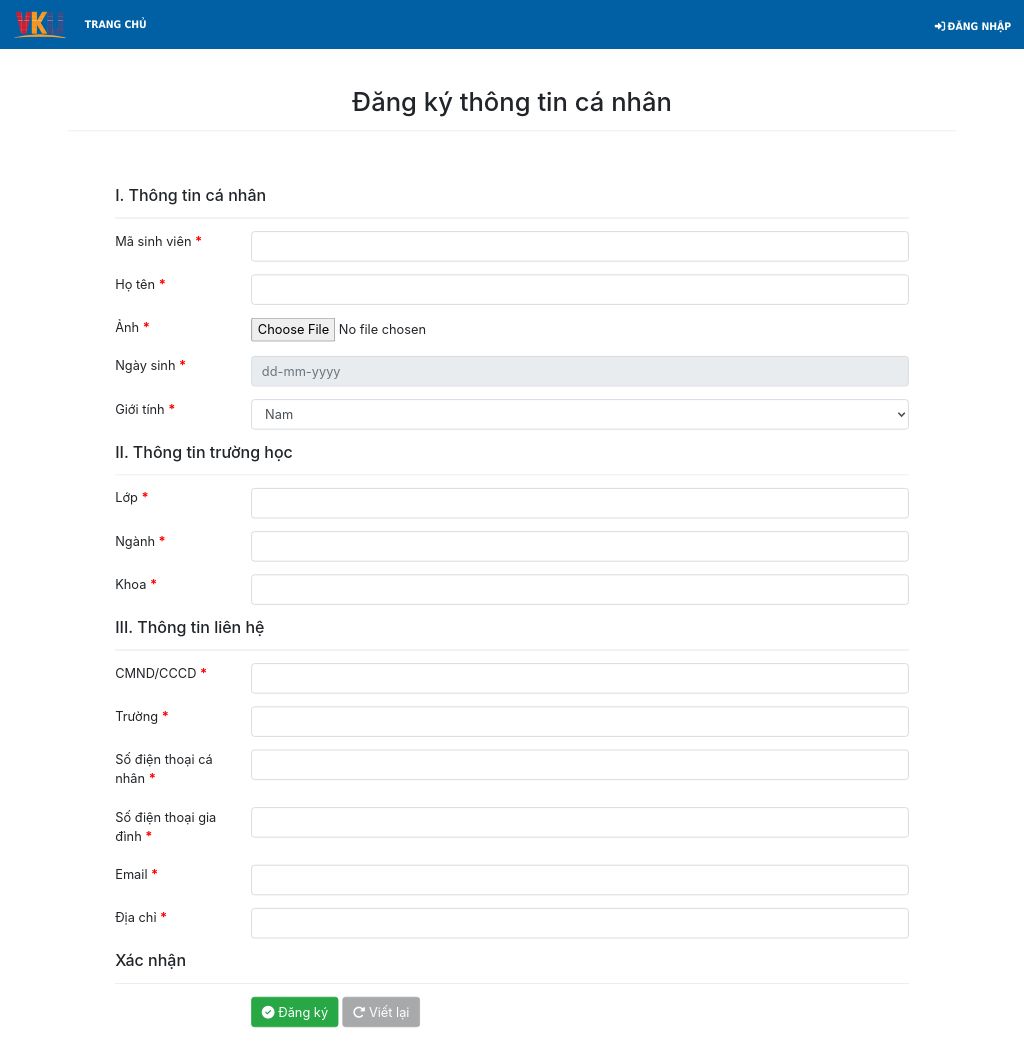
Repository: nguyenmanhtruongdat/javaServletFinalEx
Page: http://localhost/test/register-infor-student.jsp
An editor plug-in stored every save of this project. The page is shown before and after the next save, followed by the edit.
The browser window is 1280 px wide. The pictures show the whole page, at 80% of full size.
Some web libraries are served in a nearby version. The page is served by Tomcat 9. Other server files are loaded and not shown.

Above is the page before, as saved 2022-07-06 14:17:23.

### vku/ktx/test/src/main/webapp/register-infor-student.jsp
<%@ page language="java" contentType="text/html; charset=UTF-8"
	pageEncoding="UTF-8"%>
<%@ taglib prefix="c" uri="http://java.sun.com/jsp/jstl/core"%>
<%@ page contentType="text/html; charset=UTF-8"%>
<!DOCTYPE html>
<html>
<head>
<link rel="stylesheet"
	href="https://stackpath.bootstrapcdn.com/bootstrap/4.3.1/css/bootstrap.min.css" />
<link rel="stylesheet"
	href="https://cdnjs.cloudflare.com/ajax/libs/font-awesome/6.1.1/css/all.min.css" />
<link rel="icon" type="image/x-icon" href="./favicons/favicon.ico">
<link rel="./faviconsapple-touch-icon" sizes="180x180"
	href="./favicons/apple-touch-icon.png">
<link rel="icon" type="image/png" sizes="32x32"
	href="./favicons/favicon-32x32.png">
<link rel="icon" type="image/png" sizes="16x16"
	href="./favicons/favicon-16x16.png">
<link rel="stylesheet" href="css/style.css" />
<title>Đăng ký thông tin cá nhân</title>
<link rel="stylesheet"
	href="https://code.jquery.com/ui/1.12.1/themes/base/jquery-ui.css" />
<style>
.btn-default {
	color: #ffffff;
	background-color: #a7a9aa;
	border-color: #a7a9aa;
}
</style>
<script src="https://code.jquery.com/jquery-1.12.4.js"></script>
<script src="https://code.jquery.com/ui/1.12.1/jquery-ui.js"></script>
<script>
      $(function () {
        $("#datepicker").datepicker({
          dateFormat: "dd/mm/yy",
        });
      });
    </script>
</head>
<body>
	<!-- nav starts  -->

	<nav class="navbar navbar-expand-lg navbar-light sticky-top"
		style="background-color: rgb(1, 95, 163)">
		<a class="navbar-brand" href="index.jsp"><img src="images/vku.png"
			alt="" width="66px" height="35px" /></a>
		<button class="navbar-toggler" type="button" data-toggle="collapse"
			data-target="#navbarColor03" aria-controls="navbarColor03"
			aria-expanded="false" aria-label="Toggle navigation">
			<span class="navbar-toggler-icon"></span>
		</button>

		<div class="collapse navbar-collapse" id="navbarColor03">
			<ul class="navbar-nav mr-auto">
				<li class="nav-item"><a class="nav-link" href="index.jsp">Trang
						chủ</a></li>
				<c:if test="${sessionScope.acc.isUser==1}">
					<li class="nav-item dropdown"><a
						class="nav-link dropdown-toggle" data-toggle="dropdown" href="#"
						role="button" aria-haspopup="true" aria-expanded="false">Đăng
							ký</a>
						<div class="dropdown-menu">
							<a class="dropdown-item" href="register-live.jsp">Đăng ký ở
								nội trú</a> <a class="dropdown-item"
								href="register-infor-student.jsp">Đăng ký thông tin cá nhân</a>
						</div></li>
				</c:if>

				<c:if test="${sessionScope.acc.isAdmin==1}">
					<li class="nav-item dropdown"><a
						class="nav-link dropdown-toggle" data-toggle="dropdown" href="#"
						role="button" aria-haspopup="true" aria-expanded="false">Quản
							lý</a>
						<div class="dropdown-menu">
							<a class="dropdown-item" href="quanlySV">Quản lý sinh viên</a> <a
								class="dropdown-item" href="">Quản lý phòng</a> <a
								class="dropdown-item" href="">Quản lý tài khoản</a>
						</div></li>
				</c:if>

				<c:if test="${sessionScope.acc.isUser==1}">
					<li class="nav-item dropdown"><a
						class="nav-link dropdown-toggle" data-toggle="dropdown" href="#"
						role="button" aria-haspopup="true" aria-expanded="false">Cập
							nhật thông tin</a>
						<div class="dropdown-menu">
							<a class="dropdown-item" href="booktour.jsp">Cập nhật thông
								tin ở nội trụ</a> <a class="dropdown-item" href="bookticket.jsp">Cập
								nhật thông tin các nhân</a>
						</div></li>
				</c:if>

				<c:if test="${sessionScope.acc.isAdmin==1}">
					<li class="nav-item dropdown"><a
						class="nav-link dropdown-toggle" data-toggle="dropdown" href="#"
						role="button" aria-haspopup="true" aria-expanded="false">Thông
							báo</a>
						<div class="dropdown-menu">
							<a class="dropdown-item" href="">Duyệt đăng ký phòng</a> <a
								class="dropdown-item" href="">Liên lạc sinh viên, phụ huynh</a>
							<a class="dropdown-item" href="">Thông báo nộp tiền</a> <a
								class="dropdown-item" href="">Thông báo hết hạn</a>
						</div></li>
				</c:if>

				<c:if test="${sessionScope.acc.isUser==1}">
					<li class="nav-item dropdown"><a
						class="nav-link dropdown-toggle" data-toggle="dropdown" href="#"
						role="button" aria-haspopup="true" aria-expanded="false">Biểu
							mẫu</a>
						<div class="dropdown-menu">
							<a class="dropdown-item" href="booktour.jsp">Đơn đăng ký ở
								nội trú</a> <a class="dropdown-item" href="bookticket.jsp">Hợp
								đồng</a> <a class="dropdown-item" href="bookticket.jsp">Quy định</a>
						</div></li>
				</c:if>

				<c:if test="${sessionScope.acc!=null}">
					<li class="nav-item"><a class="nav-link" href="index.jsp">Xin
							chào ${sessionScope.acc.username} !</a></li>
				</c:if>
			</ul>
			<c:if test="${sessionScope.acc==null}">
				<ul class="nav navbar-nav navbar-right">
					<li><a href="login.jsp"><i
							class="fa-solid fa-right-to-bracket"></i>Đăng nhập</a></li>
				</ul>
			</c:if>
			<c:if test="${sessionScope.acc!=null}">
				<ul class="nav navbar-nav navbar-right">
					<li><a href="logout"><i
							class="fa-solid fa-right-to-bracket"></i>Đăng xuất</a></li>
				</ul>
			</c:if>
		</div>
	</nav>
	<!-- nav end -->

	<div class="center" style="margin: 20 auto; width: 100%">
		<form action="./execSignup" method="post"
			enctype="multipart/form-data">
			<div class="container">
				<div class="text-center mt-5">
					<h2>Đăng ký thông tin cá nhân</h2>
					<hr>
				</div>

				<div class="row">
					<div class="col-lg-12 mx-auto">
						<div class="card mt-2 mx-auto p-4" style="border: none">
							<div class="card-body">
								<div class="container">
									<div class="controls">
										<h5>I. Thông tin cá nhân</h5>
										<hr>
										<div class="row">
											<div class="col-md-2">
												<div class="form-group">
													<label for="masv">Mã sinh viên <span><span>*</span></span>
													</label>
												</div>
											</div>
											<div class="col-md-10">
												<div class="form-group">
													<input type="text" name="masv" class="form-control"
														id="masv" required />
												</div>
											</div>
										</div>
										<div class="row">
											<div class="col-md-2">
												<div class="form-group">
													<label for="hoten">Họ tên <span><span>*</span></span>
													</label>
												</div>
											</div>
											<div class="col-md-10">
												<div class="form-group">
													<input type="text" id="hoten" class="form-control"
														name="hoten" required />
												</div>
											</div>
										</div>
										<div class="row">
											<div class="col-md-2">
												<div class="form-group">
													<label for="img">Ảnh <span><span>*</span></span>
													</label>
												</div>
											</div>
											<div class="col-md-10">
												<div class="form-group">
													<input type="file" id="img" name="img" accept="image/*" />
												</div>
											</div>
										</div>
										<div class="row">
											<div class="col-md-2">
												<div class="form-group">
													<label for="ngaysinh">Ngày sinh <span>*</span>
													</label>
												</div>
											</div>
											<div class="col-md-10">
												<div class="form-group">
													<input type="text" readonly="readonly" name="dob"
														placeholder="dd-mm-yyyy" class="form-control"
														id="datepicker" onclick="datepicker()" />
												</div>
											</div>
										</div>
										<div class="row">
											<div class="col-md-2">
												<div class="form-group">
													<label for="gioitinh">Giới tính <span>*</span>
													</label>
												</div>
											</div>
											<div class="col-md-10">
												<div class="form-group">
													<select id="gioitinh" name="gioitinh" class="form-control"
														required="required">
														<option name="gioitinh" value="1" class="form-control"
															id="gioitinh">Nam</option>
														<option name="gioitinh" value="0" class="form-control"
															id="gioitinh">Nữ</option>
													</select>
													<!-- <label for="nam">Nam</label> <input type="radio" name="gioitinh" id="nam" value="Nam" class="">
													<label for="nu">Nữ</label> <input type="radio" name="gioitinh" id="nu" value="Nữ" class=""> -->
												</div>
											</div>
										</div>
										<h5>II. Thông tin trường học</h5>
										<hr>
										<div class="row">
											<div class="col-md-2">
												<div class="form-group">
													<label for="lop">Lớp <span>*</span></label>
												</div>
											</div>
											<div class="col-md-10">
												<div class="form-group">
													<input type="text" name="lop" id="lop" class="form-control"
														required="required" />
												</div>
											</div>
										</div>
										<div class="row">
											<div class="col-md-2">
												<div class="form-group">
													<label for="nganh">Ngành <span>*</span></label>
												</div>
											</div>
											<div class="col-md-10">
												<div class="form-group">
													<input type="text" name="nganh" class="form-control"
														id="nganh" required="required" />
												</div>
											</div>
										</div>
										<div class="row">
											<div class="col-md-2">
												<div class="form-group">
													<label for="khoa">Khoa <span>*</span></label>
												</div>
											</div>
											<div class="col-md-10">
												<div class="form-group">
													<input type="text" name="khoa" class="form-control"
														id="khoa" required="required" />
												</div>
											</div>
										</div>
										<h5>III. Thông tin liên hệ</h5>
										<hr>
										<div class="row">
											<div class="col-md-2">
												<div class="form-group">
													<label for="cmnd">CMND/CCCD <span>*</span></label>
												</div>
											</div>
											<div class="col-md-10">
												<div class="form-group">
													<input type="text" name="cmnd" class="form-control"
														id="cmnd" required="required" />
												</div>
											</div>
										</div>
										<div class="row">
											<div class="col-md-2">
												<div class="form-group">
													<label for="truong">Trường <span>*</span></label>
												</div>
											</div>
											<div class="col-md-10">
												<div class="form-group">
													<input type="text" name="truong" class="form-control"
														id="truong" required="required" />
												</div>
											</div>
										</div>
										<div class="row">
											<div class="col-md-2">
												<div class="form-group">
													<label for="sdt">Số điện thoại cá nhân <span>*</span>
													</label>
												</div>
											</div>
											<div class="col-md-10">
												<div class="form-group">
													<input type="text" name="sdtSV" class="form-control"
														id="sdt" required="required" />
												</div>
											</div>
										</div>
										<div class="row">
											<div class="col-md-2">
												<div class="form-group">
													<label for="sdt">Số điện thoại gia đình <span>*</span>
													</label>
												</div>
											</div>
											<div class="col-md-10">
												<div class="form-group">
													<input type="text" name="sdtPH" class="form-control"
														id="sdt" required="required" />
												</div>
											</div>
										</div>
										<div class="row">
											<div class="col-md-2">
												<div class="form-group">
													<label for="email">Email <span>*</span></label>
												</div>
											</div>
											<div class="col-md-10">
												<div class="form-group">
													<input type="email" name="email" class="form-control"
														id="email" required="required" />
												</div>
											</div>
										</div>
										<div class="row">
											<div class="col-md-2">
												<div class="form-group">
													<label for="diachi">Địa chỉ <span>*</span></label>
												</div>
											</div>
											<div class="col-md-10">
												<div class="form-group">
													<input type="text" name="diachi" class="form-control"
														id="diachi" required="required" />
												</div>
											</div>
										</div>
										<h5>Xác nhận</h5>
										<hr>
										<div class="row">
											<div class="col-md-2"></div>
											<div class="col-md-10">
												<button type="submit" class="btn btn-success">
													<i class="fa-solid fa-circle-check"></i> Đăng ký
												</button>
												<button type="reset" class="btn btn-default">
													<i class="fa-solid fa-rotate-right"></i> Viết lại
												</button>
											</div>
										</div>
									</div>
								</div>
							</div>
						</div>
						<!-- /.8 -->
					</div>
					<!-- /.row-->
				</div>
			</div>
		</form>
	</div>
	<script type="text/javascript" src="js/bootstrap.min.js"></script>
</body>
</html>

### vku/ktx/test/src/main/webapp/css/style.css
@import
	url('https://fonts.googleapis.com/css2?family=Permanent+Marker&display=swap')
	;

html {
	scroll-behavior: smooth;
}

.center {
	margin: 0 auto;
	width: 100%;
}

.preloading {
	position: fixed;
	top: 0;
	left: 0;
	width: 100%;
	height: 100%;
	background: #ffffff no-repeat center center !important;
	background-size: 10%;
	z-index: 9999;
	display: flex;
	justify-content: center;
	align-items: center;
}

.divider:after, .divider:before {
	content: "";
	flex: 1;
	height: 1px;
	background: none;
}

p {
	font-size: 20px;
}

input[type=submit] {

}

span {
	color: red !important;
}

span {
	color: red;
	font-weight: bold;
}

.navbar-light .navbar-nav .nav-link, #navbarColor03>ul.nav.navbar-nav.navbar-right>li>a
	{
	color: white;
}

nav ul li a {
	font-family: "bebasneue", Tahoma, Arial, sans-serif !important;
	text-transform: uppercase;
	font-weight: bold;
	font-size: 13px;
}

#navbarColor03>ul.nav.navbar-nav.navbar-right>li>a>i:before {
	padding: 3px
}

#navbarColor03>form {
	width: 130px;
}

#navbarColor03>form>div>a {
	color: white;
}

a:hover {
	text-decoration: none !important;
}

body>div>div>form>div>div:nth-child(4)>a {
	width: 370px;
	height: 29px;
}

.btn:after {
	padding: 5px;
}

.btn-default {
	color: #ffffff;
	background-color: #a7a9aa;
	border-color: #a7a9aa;
}

Loaded but not shown: vku/ktx/test/src/main/webapp/js/bootstrap.min.js (library)

After the next save:
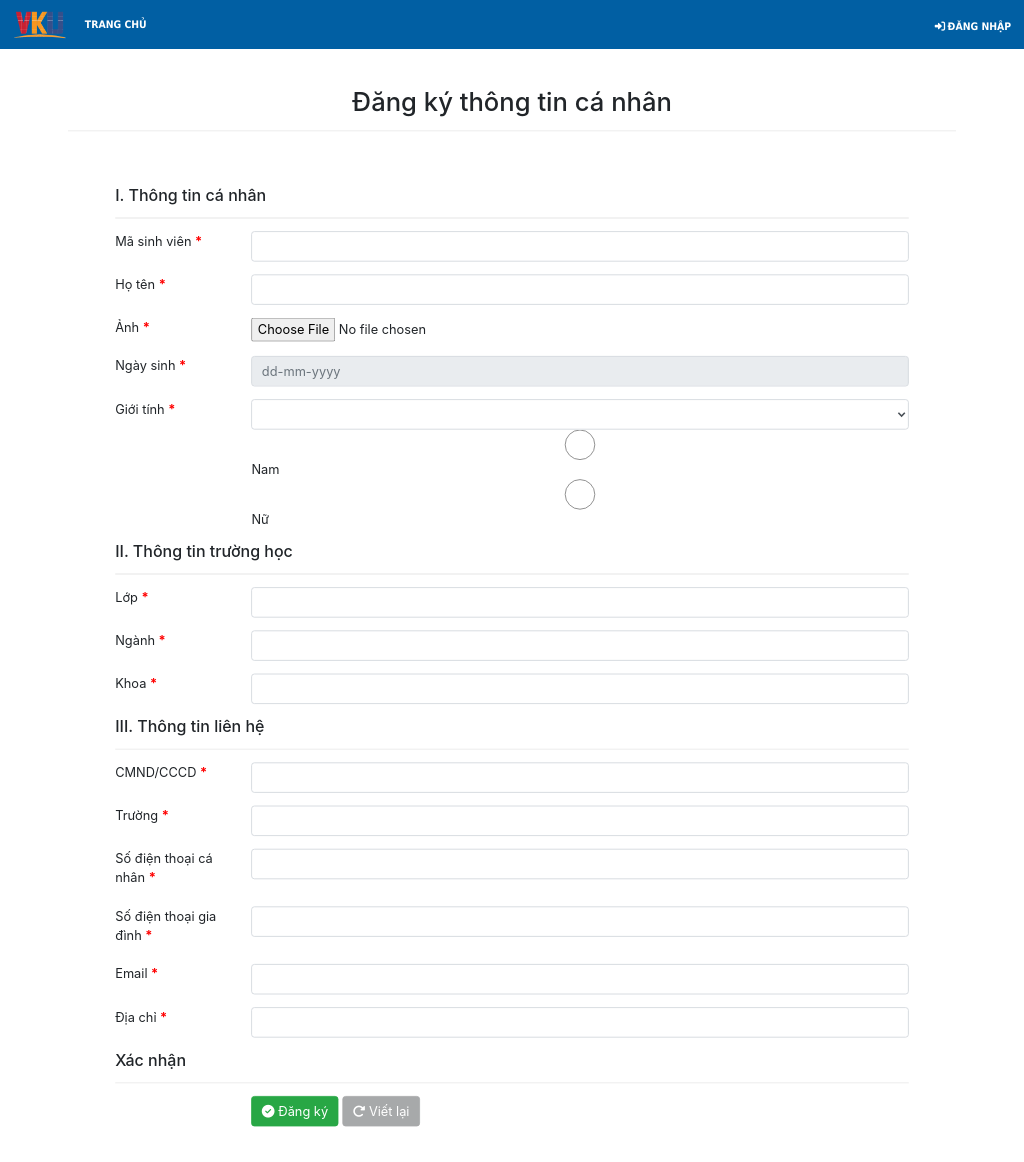
Saved 16 s later.
--- a/vku/ktx/test/src/main/webapp/register-infor-student.jsp
+++ b/vku/ktx/test/src/main/webapp/register-infor-student.jsp
@@ -220,9 +220,9 @@
 												<div class="form-group">
 													<select id="gioitinh" name="gioitinh" class="form-control"
 														required="required">
-														<option name="gioitinh" value="1" class="form-control"
+														<input type="radio" name="gioitinh" value="1" class="form-control"
 															id="gioitinh">Nam</option>
-														<option name="gioitinh" value="0" class="form-control"
+														<input type="radio" name="gioitinh" value="0" class="form-control"
 															id="gioitinh">Nữ</option>
 													</select>
 													<!-- <label for="nam">Nam</label> <input type="radio" name="gioitinh" id="nam" value="Nam" class="">
